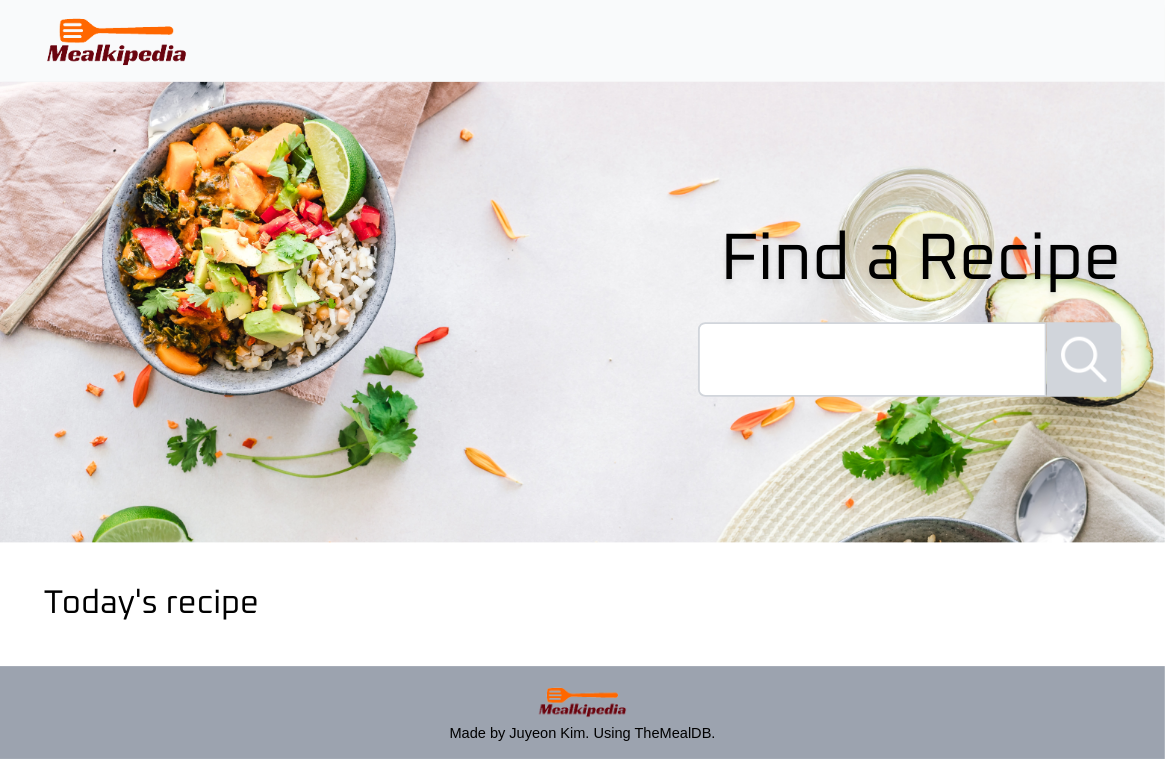
Repository: Jay-JYKim91/grj_mealkipedia
Page: /
These files come from the project's save history. The page is drawn as it stood at one moment and after the next save; the edit follows.
The browser window is 1280 px wide. The pictures show the whole page, at 91% of full size.
Pictures or frames that could not be fetched are drawn as grey boxes. Some web fonts or font styles are not loaded; a fallback is used. The project was rebuilt for these pictures with package versions that can differ from the ones it lists, and the page was loaded fresh each time. Also part of the build but not shown: src/component/recipe.tsx. Imported but missing from the stored project, and not drawn on this page: src/component/search.

Above is the page before, as saved 2022-06-21 16:09:32.

### public/index.html
<!DOCTYPE html>
<html lang="en">
  <head>
    <meta charset="utf-8" />
    <link rel="icon" href="%PUBLIC_URL%/favicon.ico" />
    <link rel="preconnect" href="https://fonts.googleapis.com">
    <link rel="preconnect" href="https://fonts.gstatic.com" crossorigin>
    <link href="https://fonts.googleapis.com/css2?family=Biryani:wght@300;400&family=Oxanium:wght@300;400;500&family=Racing+Sans+One&display=swap" rel="stylesheet">
    <meta name="viewport" content="width=device-width, initial-scale=1" />
    <meta name="theme-color" content="#000000" />
    <meta
      name="description"
      content="Web site created using create-react-app"
    />
    <title>Mealkipedia</title>
  </head>
  <body>
    <div id="root"></div>
  </body>
</html>

### src/index.tsx
import React from 'react';
import ReactDOM from 'react-dom/client';
import './index.css';
import App from './app';
import { BrowserRouter } from 'react-router-dom';

const root = ReactDOM.createRoot(
  document.getElementById('root') as HTMLElement
);

root.render(
  <React.StrictMode>
    <BrowserRouter>
      <App />
    </BrowserRouter>
  </React.StrictMode>
);

### src/App.tsx
import React from 'react';
import { Route, Routes } from 'react-router-dom';
import Footer from './component/footer';
import Header from './component/header';
import Home from './component/home';
import Recipe from './component/recipe';
import Search from './component/search';

const App: React.FC = () => {

  return (
    <>
      <Header />
      <main>
        <Routes>
          <Route path='/' element={
            <Home />
          } />
          <Route path='search' element={
            <Search />
          } />
          <Route path='recipe' element={
            <Recipe />
          } />
        </Routes>
      </main>
      <Footer />
    </>
  );
}

export default App;

### src/component/footer.tsx
import React from 'react';

const Footer = () => {
    console.log(React);

    return (
        <footer className="flex flex-col items-center justify-center px-12 py-4 bg-gray-400">
            <img src="/logo.png" alt="logo" width="100" />
            <p className="font-body2_font">Made by Juyeon Kim. Using TheMealDB.</p>
        </footer>
    )
};

export default Footer;

### src/component/header.tsx
import React from 'react';

const Header = () => {
    console.log(React);

    return (
        <header className="px-12 py-2 shadow-md bg-gray-50">
            <img src='/logo.png' alt="logo" width="160" />
        </header>
    )
}

export default Header;

### src/component/home.tsx
import React from 'react';

const Home: React.FC = () => {

    return (
        <>
            <div className="px-12 py-40 bg-cover bg-[url('images/main_background.jpg')] text-right">
                <h1
                    className="font-body1_font text-7xl mb-8 drop-shadow-lg">
                        Find a Recipe
                </h1>
                <div className="flex justify-end">
                    <input type="search"
                        className="p-4 text-3xl font-body1_font rounded-l-lg border-2 border-gray-300"
                    />
                    <button className="p-4 bg-gray-300 rounded-r-lg">
                        <img src="./search.png" alt="search" />
                    </button>
                </div>
            </div>
            <div className="px-12 py-12">
                <h1 className="font-body1_font text-4xl">Today's recipe</h1>
            </div>
        </>
    )
};

export default Home;

### tailwind.config.js
/** @type {import('tailwindcss').Config} */
module.exports = {
  content: [
    "./src/**/*.{js,jsx,ts,tsx}",
  ],
  darkMode: false, // or 'media' or 'class'
  theme: {
    extend: {
      fontFamily: {
        'heading_font': ['Racing Sans One', 'cursive'],
        'body1_font': ['Oxanium', 'cursive'],
        'body2_font': ['Biryani', 'sans-serif']
      }
    },
  },
  plugins: [],
}

Loaded but not shown: src/index.css (common file)

After the next save:
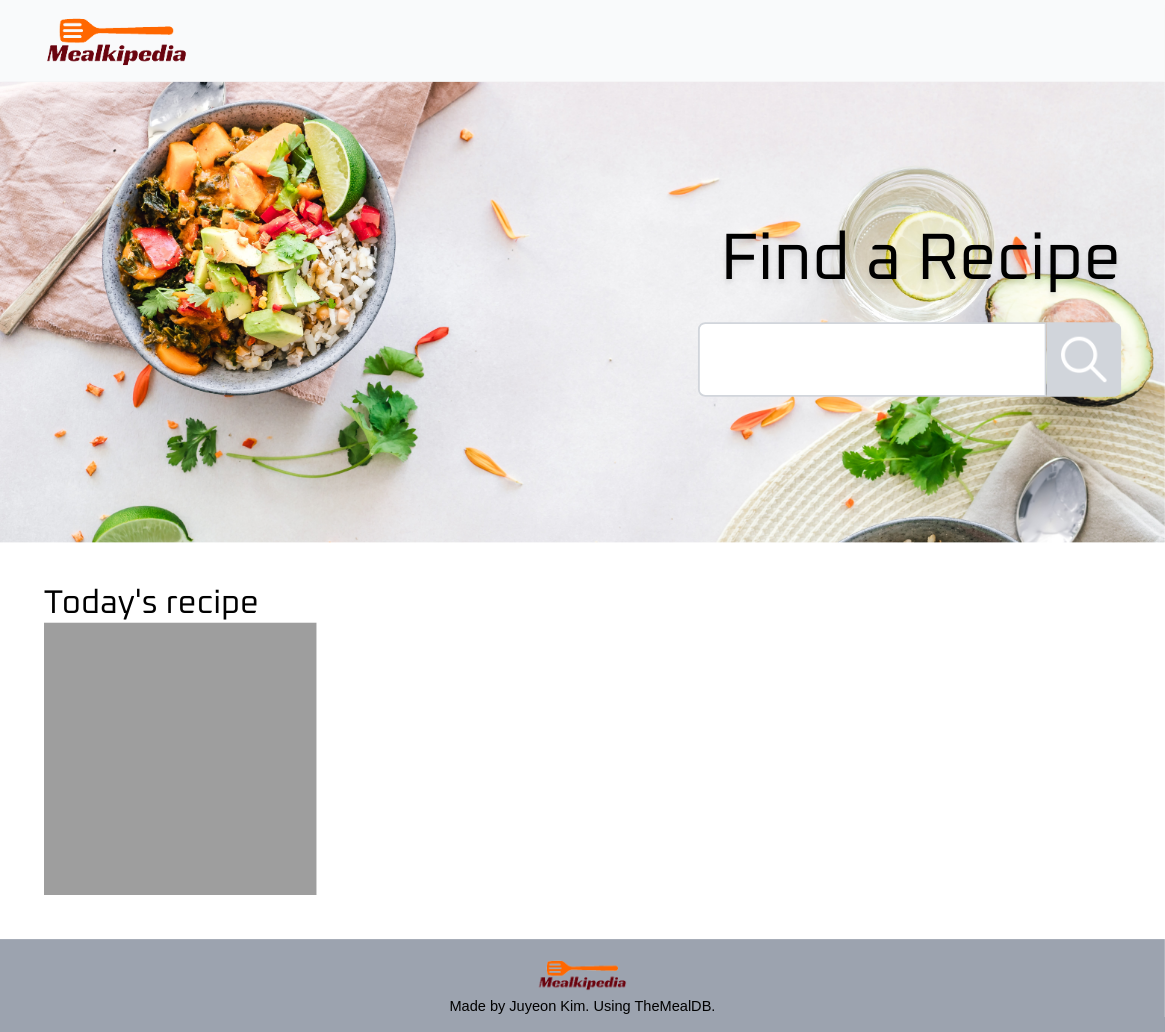
Saved 69 s later.
--- a/src/component/home.tsx
+++ b/src/component/home.tsx
@@ -20,6 +20,9 @@ const Home: React.FC = () => {
             </div>
             <div className="px-12 py-12">
                 <h1 className="font-body1_font text-4xl">Today's recipe</h1>
+                <div>
+                    <img src="http://picsum.photos/300/300" alt=""/>
+                </div>
             </div>
         </>
     )
